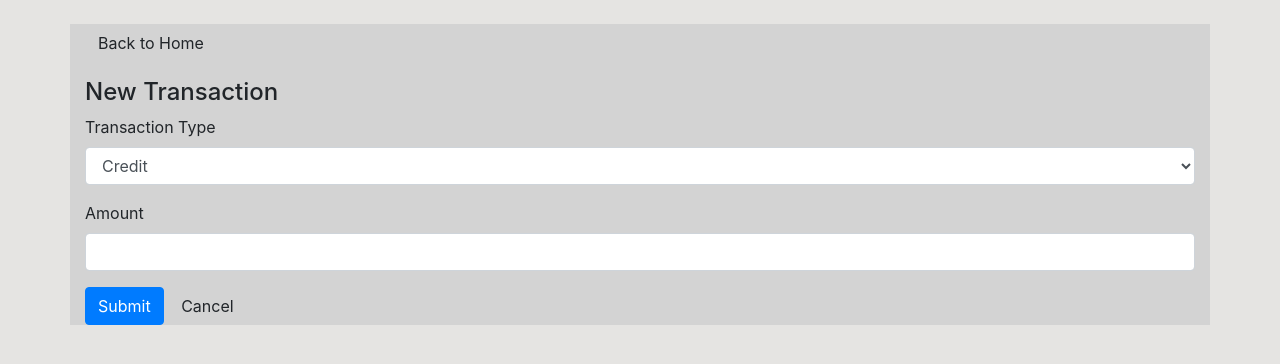
Repository: SuyashAwasthy/Javaee
Page: http://localhost/13-bank-application-mvc/newTransaction.jsp
The author's editor kept a copy of each file at every save. The page is drawn from the files as they stood at one save, then again after the next save.
The browser window is 1280 px wide. The pictures show the whole page.
Some web libraries are served in a nearby version. The page is served by Tomcat 9. Other server files are loaded and not shown.

Above is the page before, as saved 2024-07-22 15:58:08.

### 13-bank-application-mvc/WebContent/newTransaction.jsp
<%@ page language="java" contentType="text/html; charset=UTF-8"
    pageEncoding="UTF-8"%>
<!DOCTYPE html>
<html lang="en">
<head>
    <meta charset="UTF-8">
    <meta name="viewport" content="width=device-width, initial-scale=1.0">
    <title>New Transaction</title>
    <link rel="stylesheet" href="https://stackpath.bootstrapcdn.com/bootstrap/4.5.2/css/bootstrap.min.css">
    <link rel="stylesheet" href="css/styles.css">
<style>
.container {
	margin-top: 50px;
}

.table {
	margin-top: 20px;
}
</style>
</head>
<body>
    <div class="container mt-4">
        <!-- Back to Home Button -->
        <a href="user" class="btn btn-back-home mb-3">Back to Home</a>

        <h4>New Transaction</h4>

        <form action="user" method="get">
            <input type="hidden" name="command" value="new_transaction">
            <div class="form-group">
                <label for="transactionType">Transaction Type</label>
                <select class="form-control" id="transactionType" name="transactionType" required>
                    <option value="credit">Credit</option>
                    <option value="debit">Debit</option>
                    <option value="transfer">Transfer</option>
                </select>
            </div>
            <div id="toAccountGroup" class="form-group" style="display: none;">
                <label for="to_account_number">To Account Number</label>
                <input type="text" class="form-control" id="to_account_number" name="to_account_number">
            </div>
            <div class="form-group">
                <label for="amount">Amount</label>
                <input type="number" class="form-control" id="amount" name="amount" required>
            </div>

            <button type="submit" class="btn btn-primary">Submit</button>
            <button type="button" class="btn btn-cancel" onclick="window.location.href='customerHome.jsp'">Cancel</button>
        </form>
    </div>

    <script>
        document.getElementById('transactionType').addEventListener('change', function () {
            var toAccountGroup = document.getElementById('toAccountGroup');
            if (this.value === 'transfer') {
                toAccountGroup.style.display = 'block';
            } else {
                toAccountGroup.style.display = 'none';
            }
        });
    </script>

    <script src="https://code.jquery.com/jquery-3.5.1.slim.min.js"></script>
    <script src="https://cdn.jsdelivr.net/npm/@popperjs/core@2.5.4/dist/umd/popper.min.js"></script>
    <script src="https://stackpath.bootstrapcdn.com/bootstrap/4.5.2/js/bootstrap.min.js"></script>
</body>
</html>

### 13-bank-application-mvc/WebContent/css/styles.css
body {
    background-color: #E5E4E2;
}


.container {
    background-color: #D3D3D3;
}

.button {
	margin-top: 10px;
  	padding: 10px 20px;
    background-color: #04AA6D;
    color: white;
    border: none;
    border-radius: 4px;
    font-size: 16px;
    cursor: pointer;
    transition: background-color 0.3s ease;

}

.button:hover {
    background-color: #45a049;
}

.date-form {
    margin-bottom: 20px;
    justify-content: center;
    align-items: center;
    display: flex;
}

.date-form label {
    margin-right: 10px;
    font-weight: bold;
    color: #333;
}

.date-form input[type="date"] {
    margin-right: 10px;
    padding: 5px;
    border-radius: 4px;
    border: 1px solid #ccc;
}

.date-form .btn {
    padding: 10px 20px;
    background-color: #04AA6D;
    color: white;
    border: none;
    border-radius: 4px;
    font-size: 16px;
    cursor: pointer;
    transition: background-color 0.3s ease;
}

.date-form .btn:hover {
    background-color: #45a049;
}

.search-form {
    margin-bottom: 20px;
    display: flex;
    justify-content: center;
    align-items: center;
}

.search-form label {
    margin-right: 10px;
    font-weight: bold;
    color: #333;
}

.search-form select,
.search-form input[type="text"] {
    margin-right: 10px;
    padding: 5px;
    border-radius: 4px;
    border: 1px solid #ccc;
    font-size: 14px;
    width: 200px;
}

.search-form .btn {
    padding: 10px 20px;
    background-color: #04AA6D;
    color: white;
    border: none;
    border-radius: 4px;
    font-size: 16px;
    cursor: pointer;
    transition: background-color 0.3s ease;
}

.search-form .btn:hover {
    background-color: #45a049;
}

After the next save:
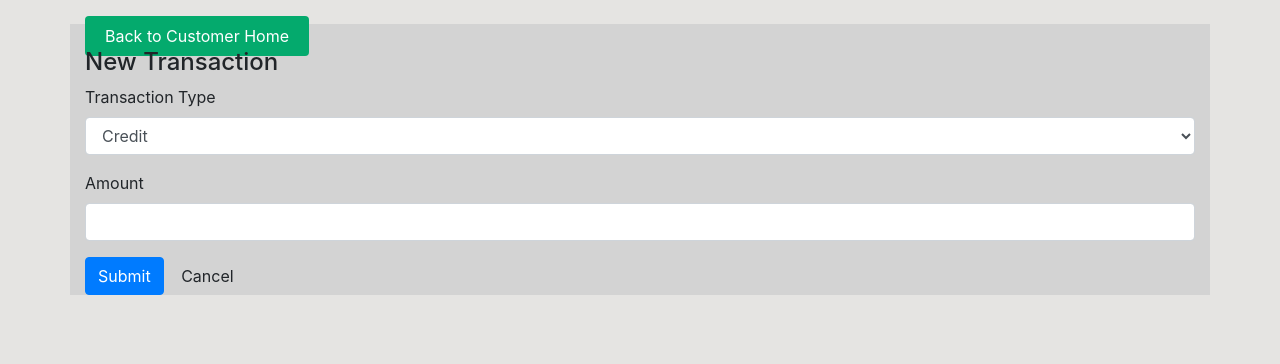
Saved 11 s later.
--- a/13-bank-application-mvc/WebContent/newTransaction.jsp
+++ b/13-bank-application-mvc/WebContent/newTransaction.jsp
@@ -20,8 +20,7 @@
 </head>
 <body>
     <div class="container mt-4">
-        <!-- Back to Home Button -->
-        <a href="user" class="btn btn-back-home mb-3">Back to Home</a>
+        <a href="user" class="button">Back to Customer Home</a>
 
         <h4>New Transaction</h4>
 
